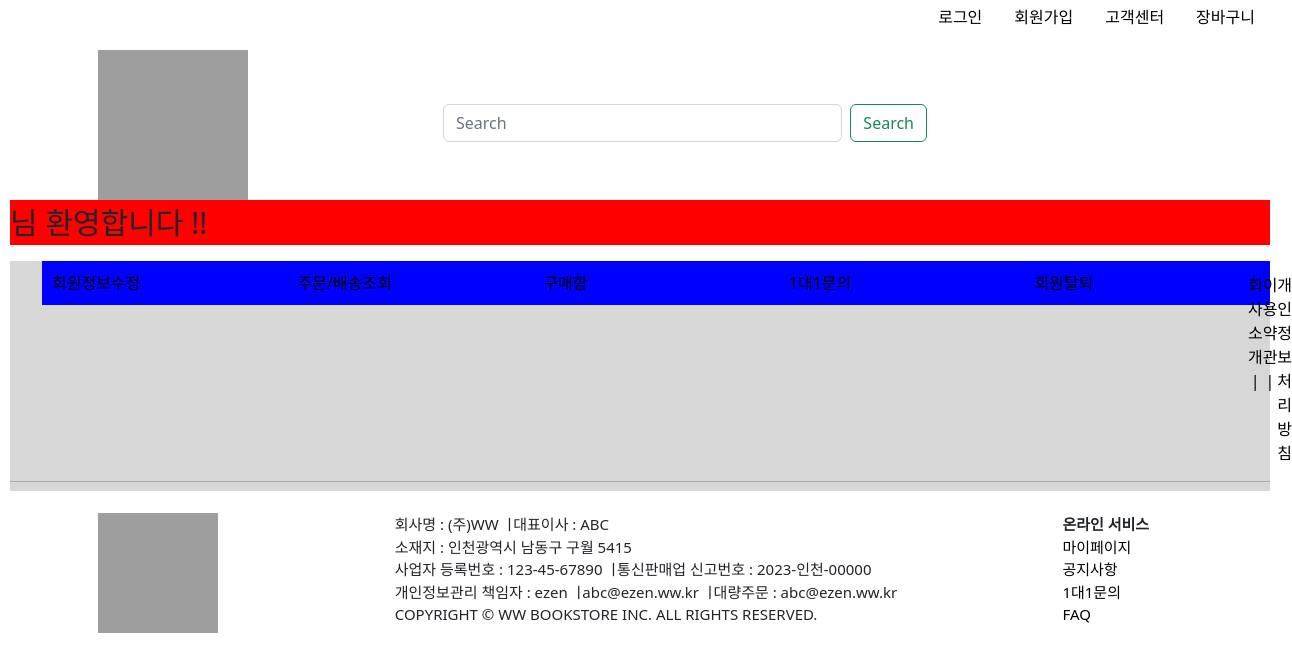
Repository: leehyeonung/project4
Page: http://localhost/book/WEB-INF/views/member/mypage.jsp
The author's editor kept a copy of each file at every save. The page is drawn from the files as they stood at one save, then again after the next save.
The browser window is 1280 px wide. The page is 1292 px wide, then 1287 px, then 1292 px, so the pictures cover 1292 px, including what lies to the right of the window. The pictures show the whole page.
Pictures or frames that could not be fetched are drawn as grey boxes. The page is served by Tomcat 9. Nobody is signed in. The template is opened directly, without the code that normally fills it, so the values that code supplies are empty.

Above is the page before, as saved 2023-01-06 03:06:56.

After the next save:
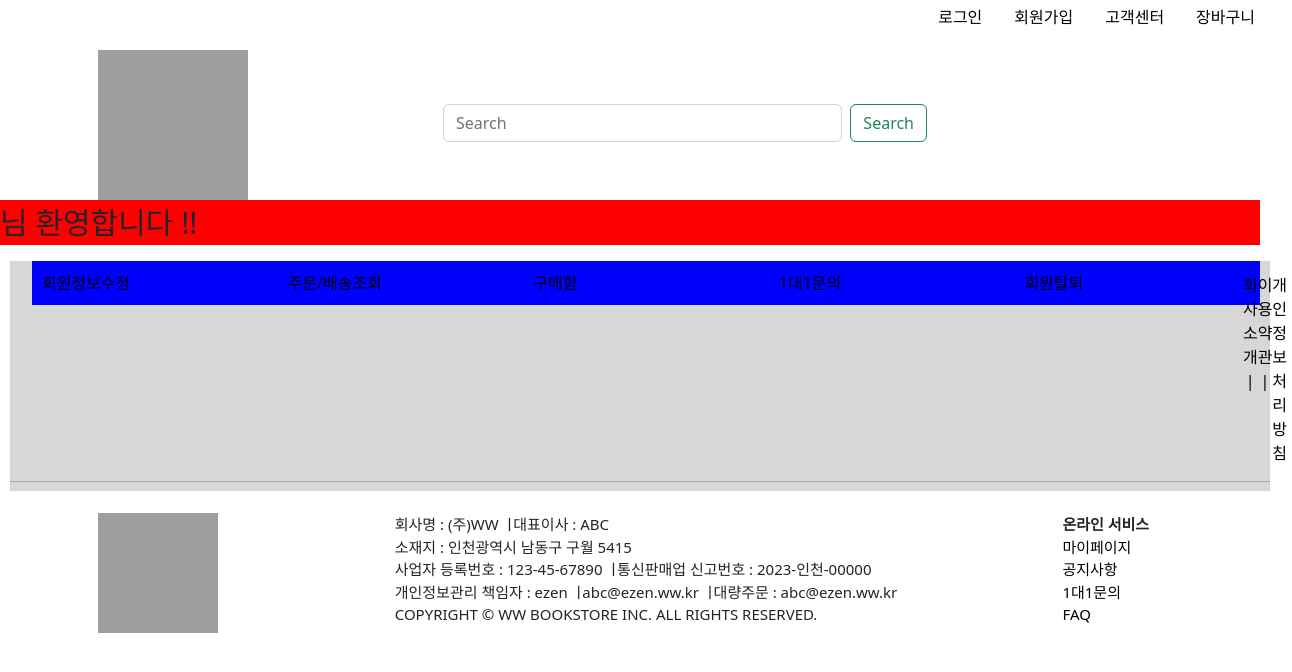
Saved 91 s later.
--- a/book/src/main/webapp/resources/css/mypage.css
+++ b/book/src/main/webapp/resources/css/mypage.css
@@ -5,7 +5,6 @@
 
 }
 .main{
-    margin: auto;
     width: 1260px;
     background-color: gray;
 

After the 2 saves that followed:
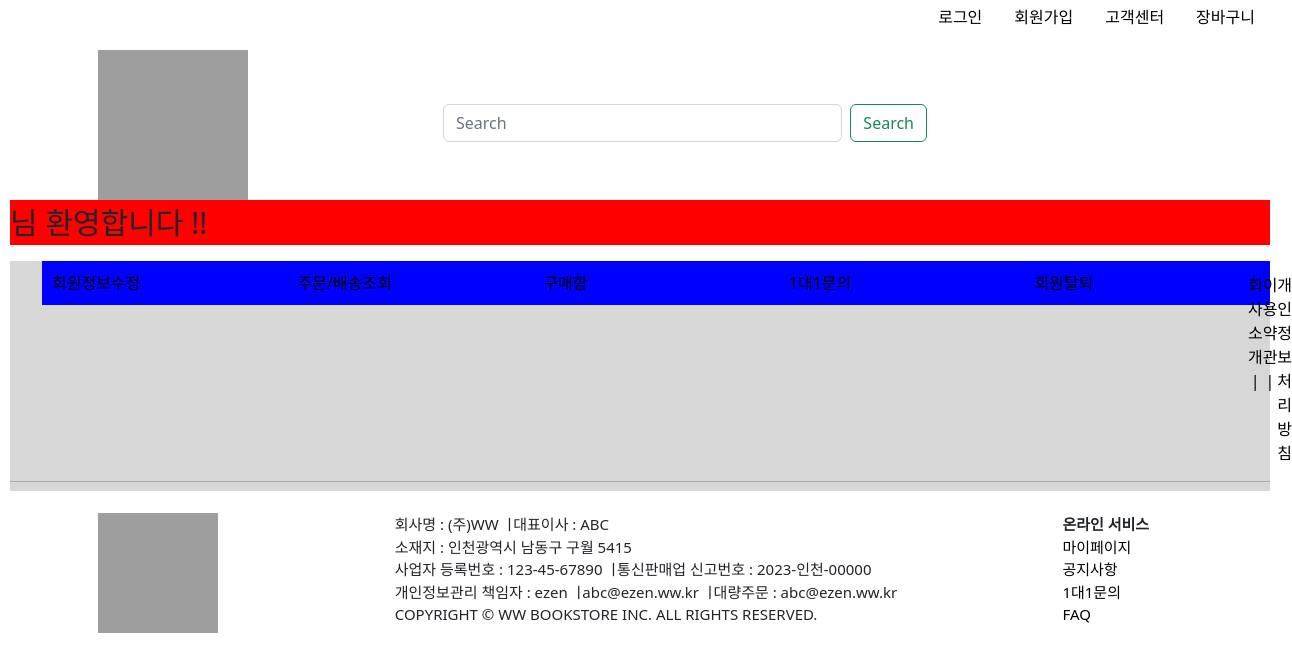
The 2 saves are shown as one change because they came seconds apart.
The last was saved 13 s later.
--- a/book/src/main/webapp/resources/css/mypage.css
+++ b/book/src/main/webapp/resources/css/mypage.css
@@ -5,6 +5,7 @@
 
 }
 .main{
+	margin: 0 auto;
     width: 1260px;
     background-color: gray;
 
